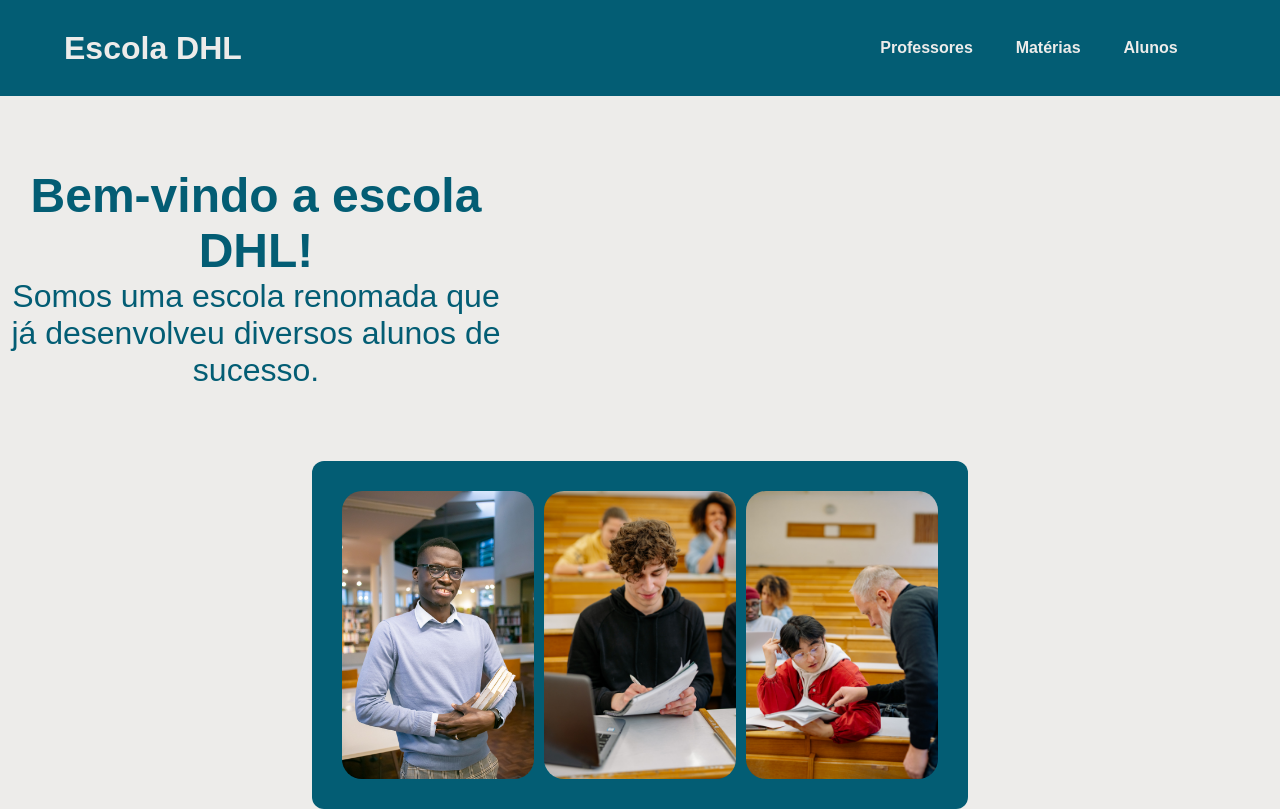
Repository: SirHick/sa-sistema-escola-DHL
Page: front/index.html
The author's editor kept a copy of each file at every save. The page is drawn from the files as they stood at one save, then again after a run of saves.
The browser window is 1280 px wide. The pictures show the whole page.

Above is the page before, as saved 2026-07-17 16:04:12.

After the next 4 saves:
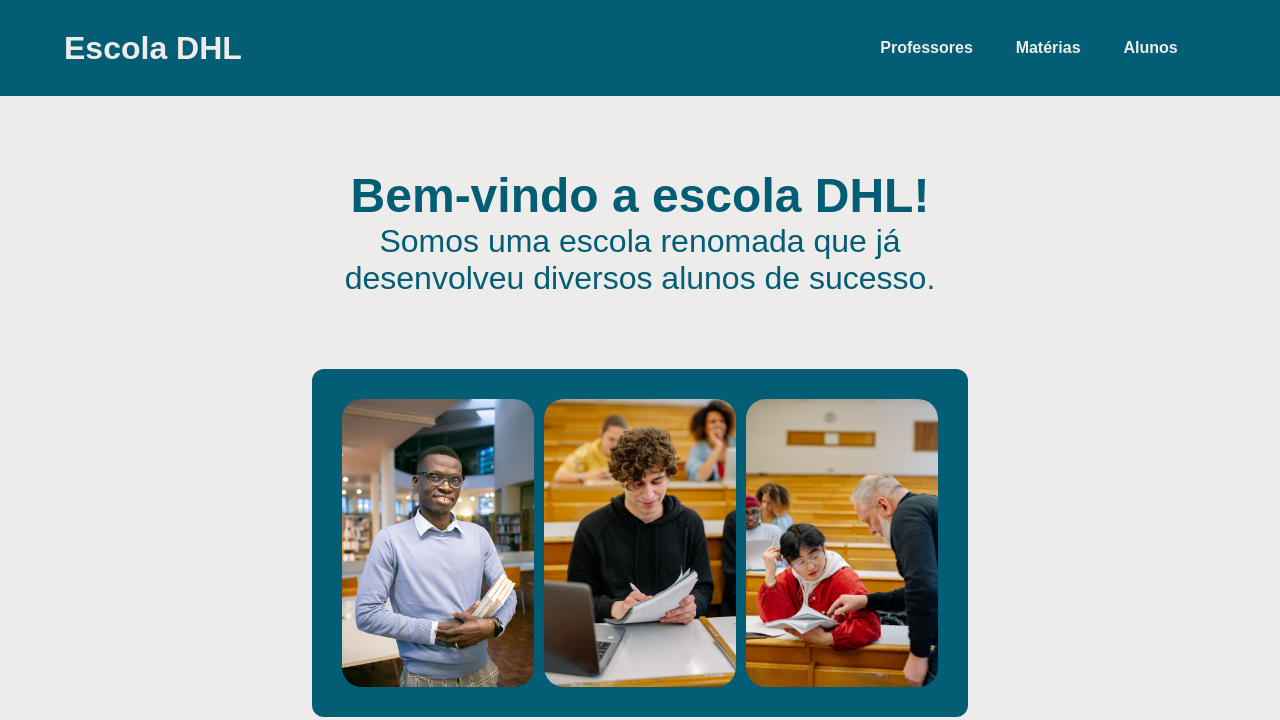
The 4 saves are shown as one change because they came seconds apart.
The last was saved 20 s later.
--- a/front/style.css
+++ b/front/style.css
@@ -67,5 +67,6 @@ header nav a{
     text-align: center;
     margin-top: 10vh;
     font-size: 2rem;
-    max-width: 40vw;
+    max-width: 50vw;
+    justify-self: center;
 }
